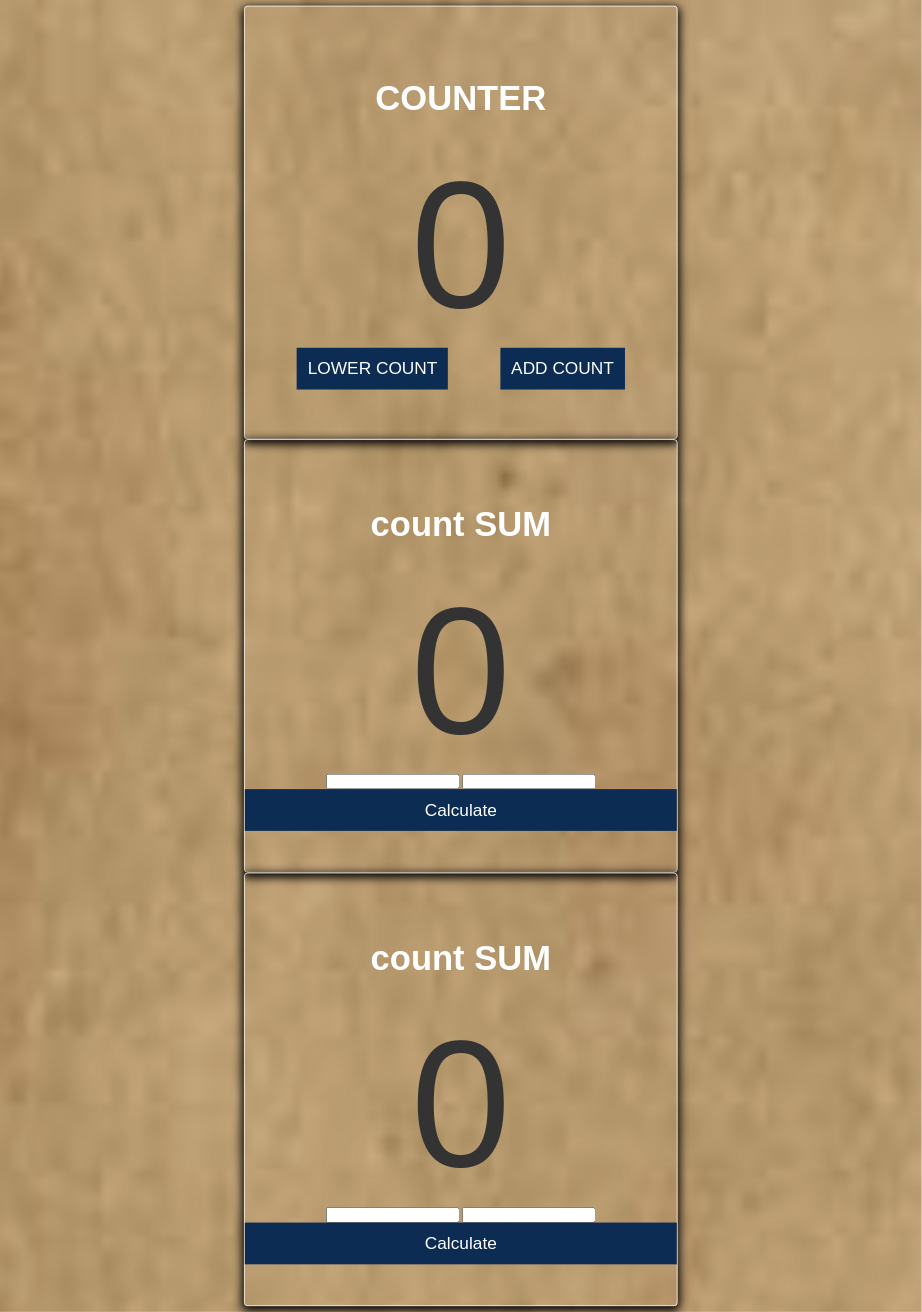
Repository: Hasmik-icml/counter
Page: index.html
The author's editor kept a copy of each file at every save. The page is drawn from the files as they stood at one save, then again after the next save.
The browser window is 1280 px wide. The pictures show the whole page, at 72% of full size.

Above is the page before, as saved 2022-02-14 18:16:35.

### index.html
<!DOCTYPE html>
<html lang="en">
<head>
    <meta charset="UTF-8">
    <meta http-equiv="X-UA-Compatible" content="IE=edge">
    <meta name="viewport" content="width=device-width, initial-scale=1.0">
    <link rel="stylesheet" href="/style.css">
    <title>Document</title>
</head>
<body>
    <!-- increase decrease -->
    <div class="container">
        <h1 class="counterHeader">COUNTER</h1>
        <div class="result">0</div>
        <div class="buttons">
            <button class="buttonLower button">LOWER COUNT</button>
            <button class="buttonAdd button">ADD COUNT</button>
    </div>
    </div>

    <!--calculate sum of two numbers  -->
    <div class="container">
        <h1 class="counterHeader">count SUM</h1>
        <div class="resultSum result">0</div>
        <div class="inputs">
            <input type="text" class="inputNumber1 input">
            <input type="text" class="inputNumber2 input">
        </div>
        <button class="calculateNumber button">Calculate</button>
        <!--  -->
    </div>
    <!-- timer -->
    <div class="container">
        <h1 class="counterHeader">count SUM</h1>
        <div class="resultSum result">0</div>
        <div class="inputs">
            <input type="text" class="inputNumber1 input">
            <input type="text" class="inputNumber2 input">
        </div>
        <button class="calculateNumber button">Calculate</button>
        <!--  -->
    </div>


    <script src="/index.js"></script>
</body>
</html>

### style.css
body{
    display:flex;
    flex-direction:column;
    justify-content:center;
    min-height:100vh;
    background-image: url("/Screenshot_14.png");
    background-repeat: no-repeat;
    background-size: cover;
}
.container {
    width: 600px;
    height: 600px;
    border: 1px solid white;
    border-radius: 5px;
    margin: auto;
    text-align: center;
    box-shadow: 0px 4px 13px 3px;
    display: flex;
    flex-direction: column;
    justify-content: center;
}
.counterHeader{
    color: white;
    font-family: sans-serif;
    font-size: xxx-large;
}
.result{
    color: #333333;
    font-family: sans-serif;
    font-size: 250px;
}
.button{
    background-color: #0c2c54;
    border-style: none;
    color: white;
    padding: 15px;
    font-family: sans-serif;
    font-size: x-large;
}
.buttons{
    display: flex;
    justify-content: space-evenly;
}

### index.js
const result = document.querySelector(".result");
const buttonLower = document.querySelector(".buttonLower");
const buttonAdd = document.querySelector(".buttonAdd");

buttonLower.addEventListener("click", function(){
    result.innerHTML--;
})
buttonAdd.addEventListener("click", function(){
    result.innerHTML++;
})

// function incrisOrDecris(){

// }
// document.querySelectorAll(".button").forEach(item => {
//     item.addEventListener("click", function(e){
//         console.log(e.target);
//         // this.innerHTML++;
//     })
// })


document.querySelector(".calculateNumber").addEventListener("click", function(){
    const number1 = +document.querySelector(".inputNumber1").value;
    const number2 = +document.querySelector(".inputNumber2").value;
    document.querySelector(".resultSum").innerHTML = calculate(number1)(number2);

})

function calculate(num1){
    return function(num2){
        return num1 + num2;
    }
}

After the next save:
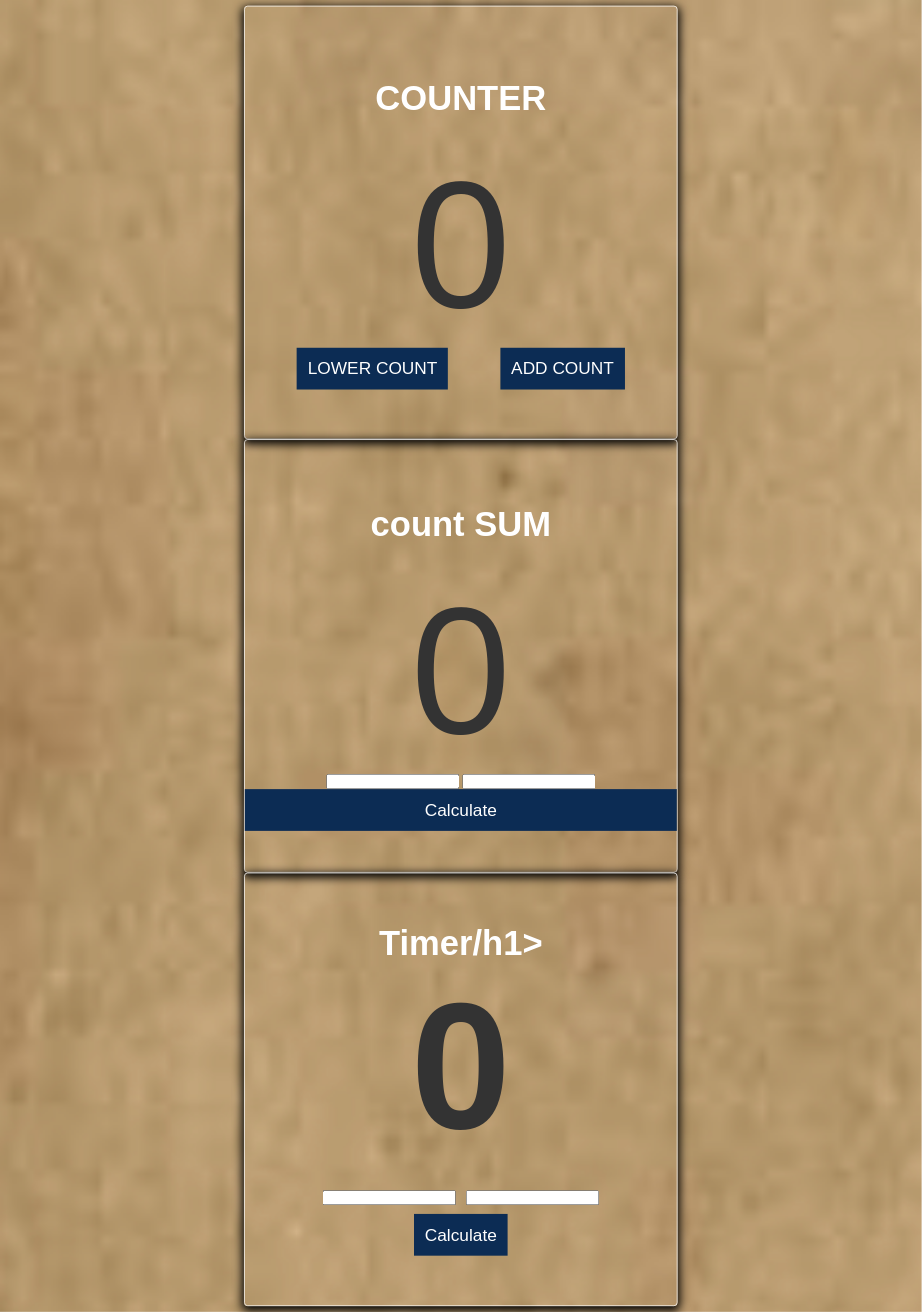
Saved 15 s later.
--- a/index.html
+++ b/index.html
@@ -31,7 +31,7 @@
     </div>
     <!-- timer -->
     <div class="container">
-        <h1 class="counterHeader">count SUM</h1>
+        <h1 class="counterHeader">Timer/h1>
         <div class="resultSum result">0</div>
         <div class="inputs">
             <input type="text" class="inputNumber1 input">
